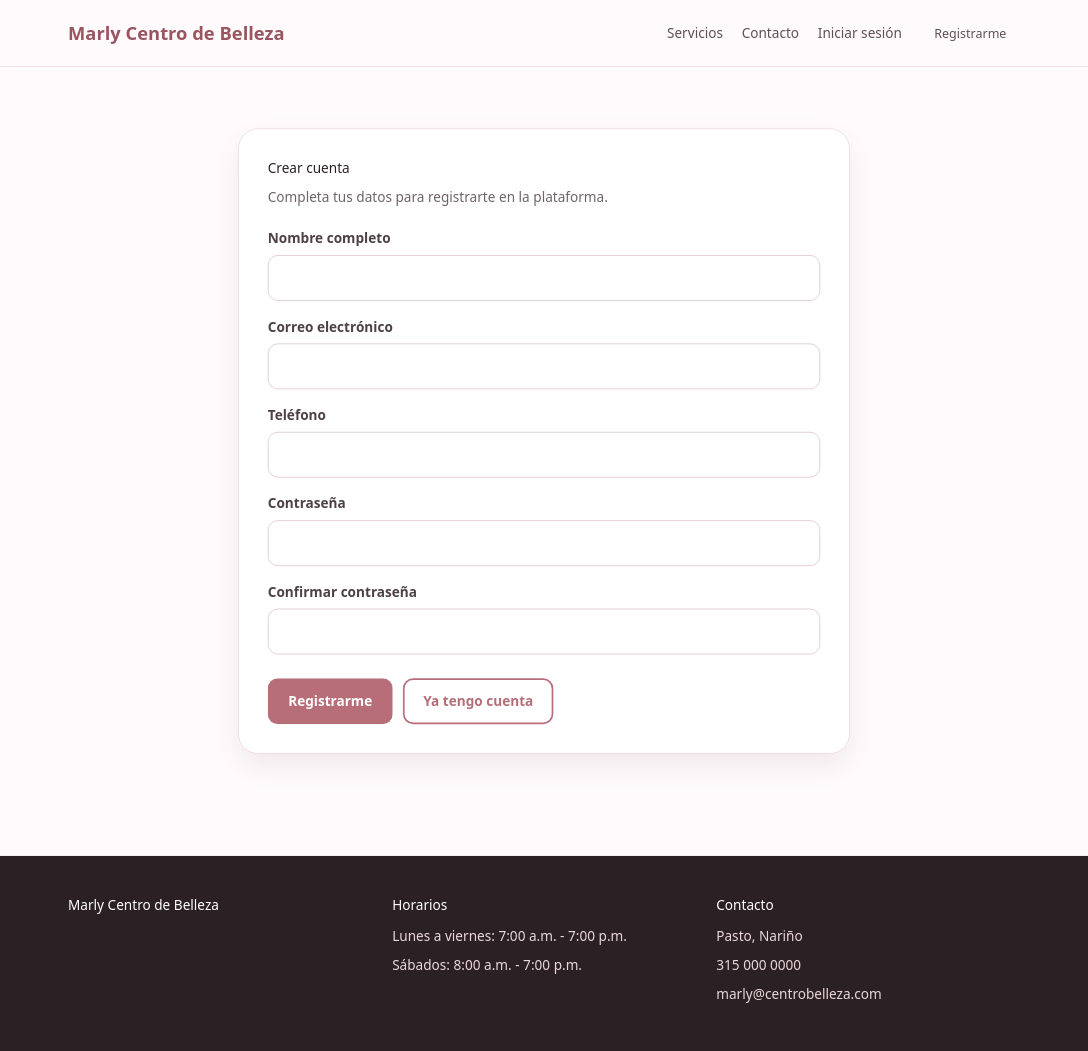
Repository: KarenErazo0/Marly-centro-de-belleza
Page: http://localhost/cliente/registro
The author's editor kept a copy of each file at every save. The page is drawn from the files as they stood at one save, then again after the next save.
The browser window is 1280 px wide. The pictures show the whole page, at 85% of full size.
The page is served by the project's Laravel application, run on PHP 8.4 with Laravel 12. Style sheets and scripts are compiled from the project's sources, by tool versions that may differ from the author's.

Above is the page before, as saved 2026-04-17 09:38:42.

After the next save:
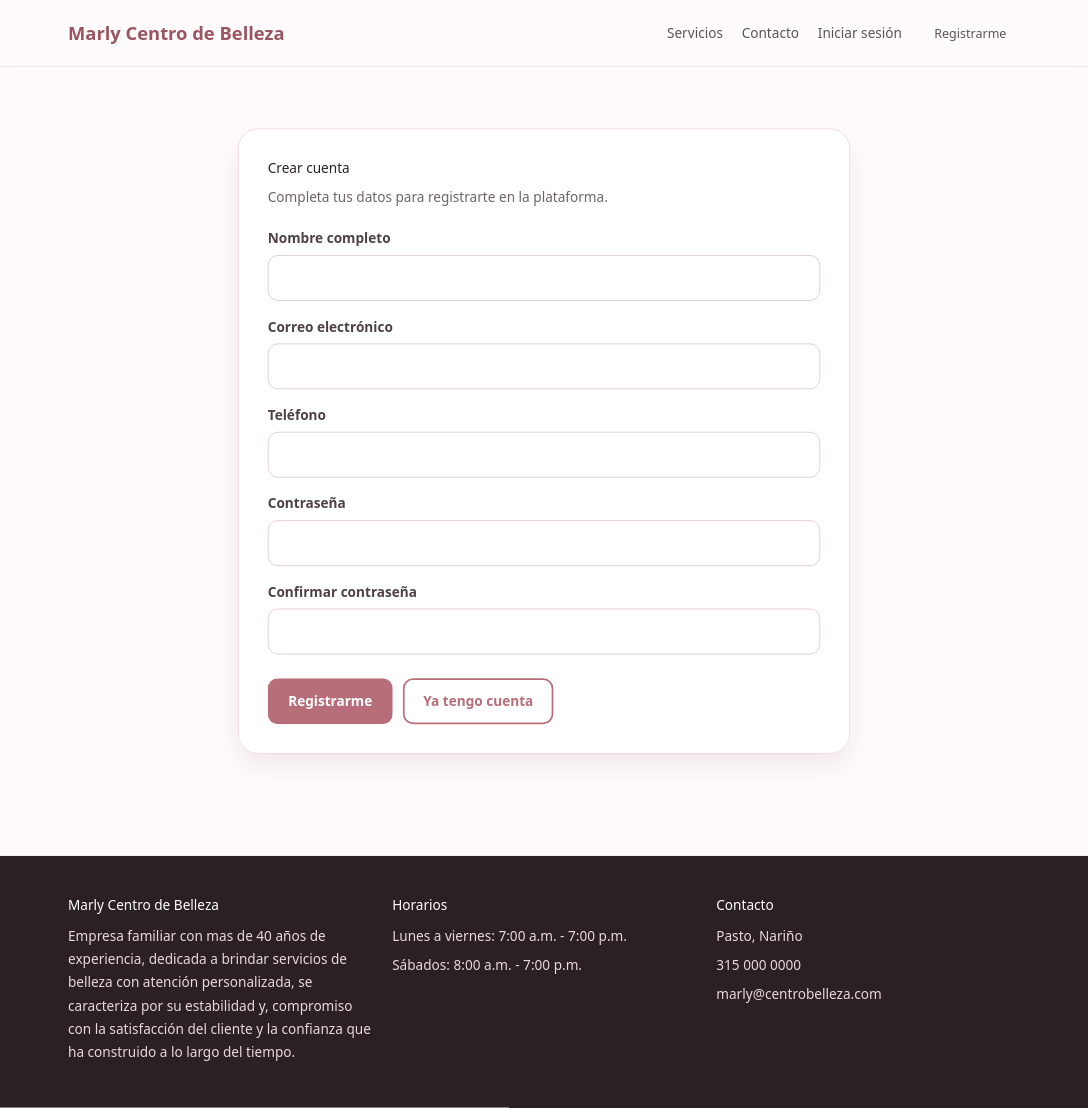
Saved 4 days later.
--- a/resources/views/plantillas/app.blade.php
+++ b/resources/views/plantillas/app.blade.php
@@ -57,7 +57,7 @@
         <div class="contenedor rejilla-footer">
             <div>
                 <h4>Marly Centro de Belleza</h4>
-                <p></p>
+                <p>Empresa familiar con mas de 40 años de experiencia, dedicada a brindar servicios de belleza con atención personalizada,   se caracteriza por su estabilidad y, compromiso con la satisfacción del cliente y la confianza que ha construido a lo largo del tiempo. </p>
             </div>
             <div>
                 <h4>Horarios</h4>
